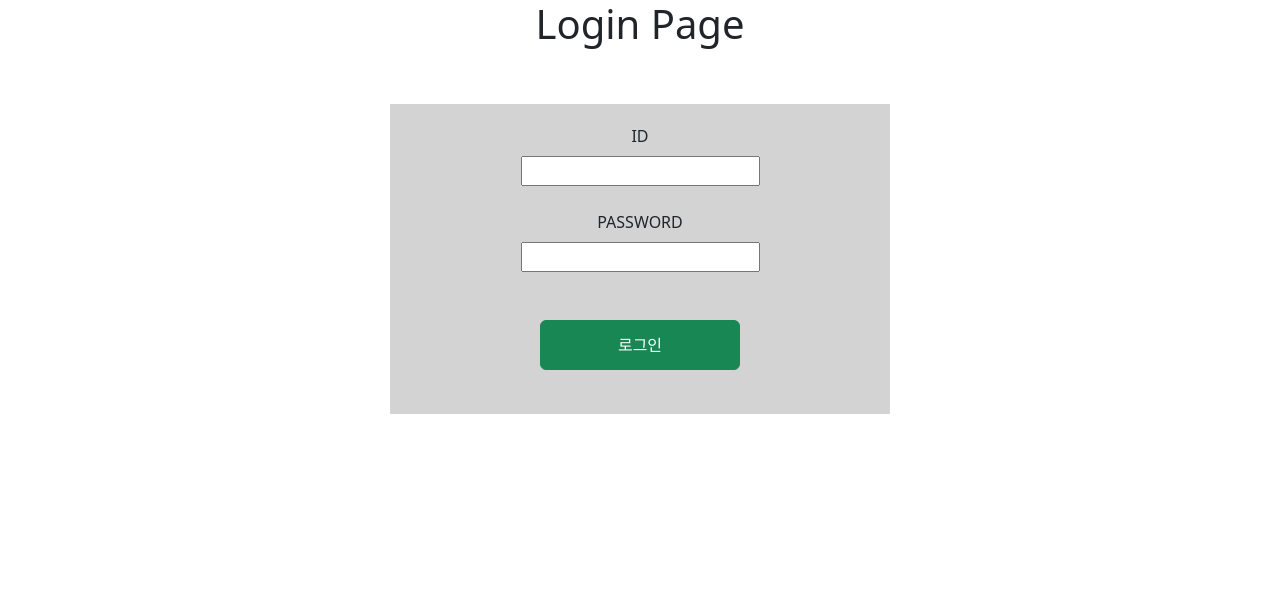
Repository: doridori890130/JSP
Page: http://localhost/jsp_project/mem/login
An editor plug-in stored every save of this project. The page is shown before and after the next save, followed by the edit.
The browser window is 1280 px wide. The pictures show the whole page.
The page is served by Tomcat 9.

Above is the page before, as saved 2023-06-01 04:01:52.

After the next save:
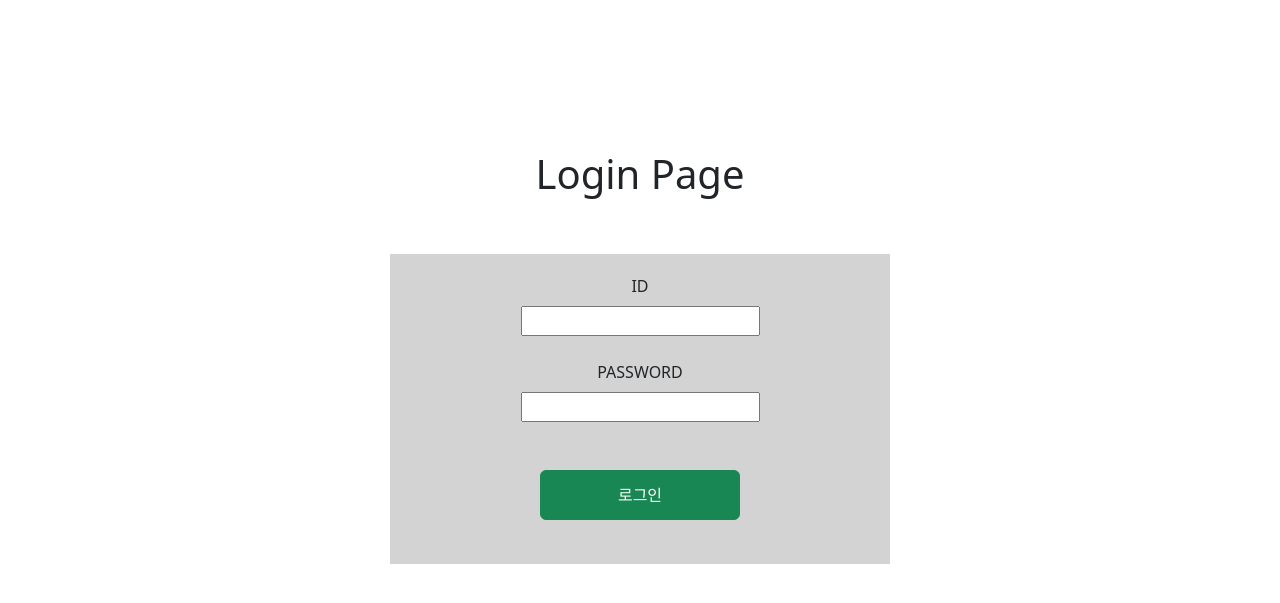
Saved 38 s later.
--- a/jsp_project4/jsp_project/src/main/webapp/member/login.jsp
+++ b/jsp_project4/jsp_project/src/main/webapp/member/login.jsp
@@ -10,6 +10,7 @@
 <style type="text/css">
  H1{
  	text-align: center;
+ 	margin-top: 150px;
  }
  div{
 
